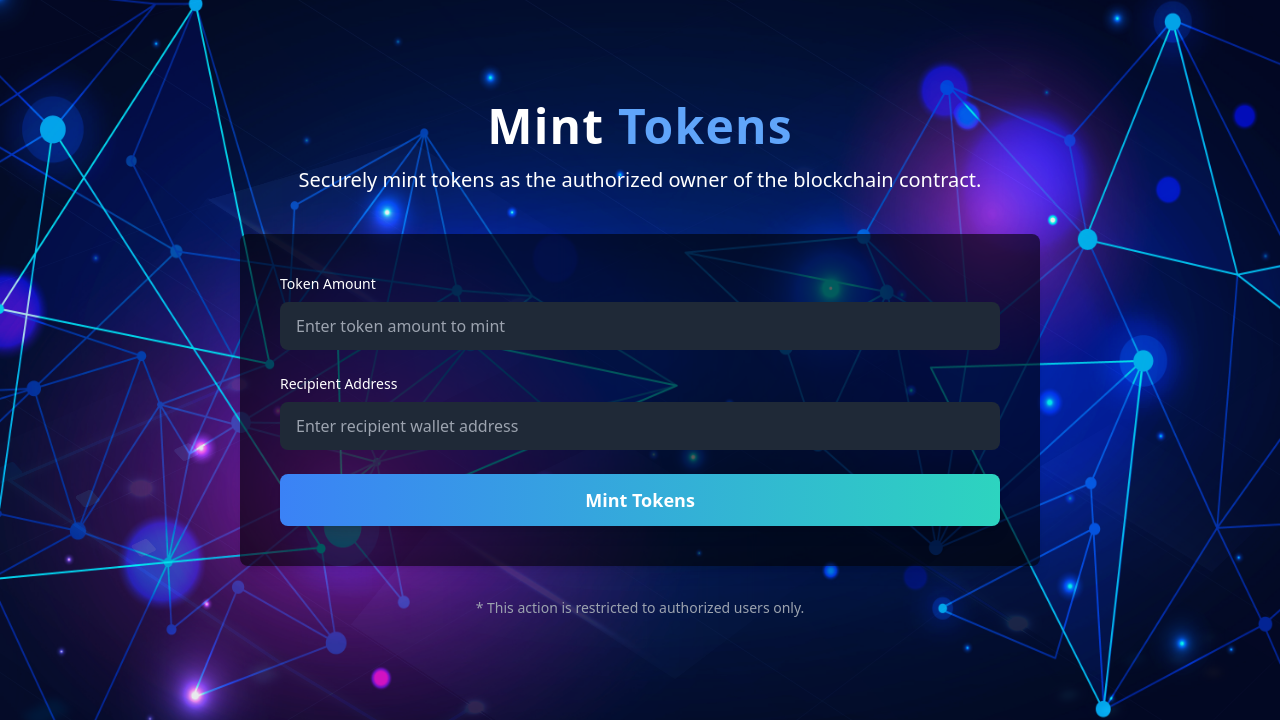
Repository: gloriousnetworker/project-osaa
Page: /mint
The author's editor kept a copy of each file at every save. The page is drawn from the files as they stood at one save, then again after the next save.
The browser window is 1280 px wide. The pictures show the whole page.
The project was rebuilt for these pictures with package versions that can differ from the ones it lists, and the page was loaded fresh each time. Also part of the build but not shown: vite.config.js, src/pages/Home.jsx, src/pages/Transfer.jsx, src/pages/Balance.jsx.

Above is the page before, as saved 2025-01-18 07:55:19.

### src/index.css
@tailwind base;
@tailwind components;
@tailwind utilities;

/* Background Animation */
.bg-animation {
  animation: backgroundChange 15s infinite;
  background-image: url("/background1.jpg");
  background-size: cover;
  background-repeat: no-repeat;
  background-position: center;
}

@keyframes backgroundChange {
  0% {
    background-image: url("/background1.jpg");
  }
  33% {
    background-image: url("/background2.jpg");
  }
  66% {
    background-image: url("/background3.jpg");
  }
  100% {
    background-image: url("/background1.jpg");
  }
}

/* Typing and Deleting Effect */
.typing-effect {
  font-family: "Courier New", Courier, monospace;
  white-space: nowrap;
  overflow: hidden;
  display: inline-block;
  border-right: 3px solid rgba(255, 255, 255, 0.75); /* Blinking cursor */
  animation: typing 8s steps(40, end), erasing 8s steps(40, end) 16s, typing-reverse 8s steps(40, end) 24s, erasing-reverse 8s steps(40, end) 32s infinite, blink 0.75s step-end infinite;
}

/* Typing forward animation */
@keyframes typing {
  from {
    width: 0;
  }
  to {
    width: 100%;
  }
}

/* Erasing forward animation */
@keyframes erasing {
  from {
    width: 100%;
  }
  to {
    width: 0;
  }
}

/* Typing reverse animation */
@keyframes typing-reverse {
  from {
    width: 0;
  }
  to {
    width: 100%;
  }
}

/* Erasing reverse animation */
@keyframes erasing-reverse {
  from {
    width: 100%;
  }
  to {
    width: 0;
  }
}

/* Blinking cursor effect */
@keyframes blink {
  from {
    border-color: rgba(255, 255, 255, 0.75);
  }
  to {
    border-color: transparent;
  }
}

### src/App.jsx
import React from 'react';
import { BrowserRouter as Router, Routes, Route } from 'react-router-dom';
import Home from './pages/Home';
import Mint from './pages/Mint';
import Transfer from './pages/Transfer';
import Balance from './pages/Balance';

const App = () => {
  return (
    <Router>
      <Routes>
        <Route path="/" element={<Home />} />
        <Route path="/mint" element={<Mint />} />
        <Route path="/transfer" element={<Transfer />} />
        <Route path="/balance" element={<Balance />} />
      </Routes>
    </Router>
  );
};

export default App;

### src/pages/Mint.jsx
import React, { useState } from "react";
import { toast, ToastContainer } from "react-toastify";
import "react-toastify/dist/ReactToastify.css";

const MintTokens = () => {
  const [amount, setAmount] = useState("");
  const [recipient, setRecipient] = useState("");

  // Handle form submission
  const handleSubmit = (e) => {
    e.preventDefault();
    console.log("Form submitted");

    // Simulate minting logic (replace with actual blockchain logic)
    if (amount > 0 && recipient) {
      // Successful minting
      toast.success("Tokens successfully minted!", {
        position: "bottom-right",  // Correct position as a string
        className: "toast-success",
        bodyClassName: "toast-body",
        autoClose: 5000,
      });

      // Reset form fields after a short delay (to let the toast appear)
      setTimeout(() => {
        setAmount("");
        setRecipient("");
      }, 5000);  // Delay reset by the toast duration (5000ms)
    } else {
      // Failure
      toast.error("Failed to mint tokens. Check your inputs.", {
        position: "bottom-right",  // Correct position as a string
        className: "toast-error",
        bodyClassName: "toast-body",
        autoClose: 5000,
      });
    }
  };

  return (
    <div className="min-h-screen flex flex-col items-center justify-center bg-animation relative">
      {/* Overlay for readability */}
      <div className="absolute top-0 left-0 w-full h-full bg-black bg-opacity-50 -z-10"></div>

      {/* Content Section */}
      <div className="z-10 text-center text-white px-6 lg:px-12 max-w-4xl w-full">
        {/* Page Header */}
        <h1 className="text-4xl lg:text-5xl font-bold tracking-wide mb-4">
          Mint <span className="text-blue-400">Tokens</span>
        </h1>
        <p className="text-lg lg:text-xl font-medium mb-10">
          Securely mint tokens as the authorized owner of the blockchain contract.
        </p>

        {/* Mint Form */}
        <form className="bg-black bg-opacity-60 p-6 lg:p-10 rounded-lg shadow-lg" onSubmit={handleSubmit}>
          {/* Token Amount */}
          <div className="mb-6">
            <label htmlFor="amount" className="block text-left text-sm font-medium mb-2">
              Token Amount
            </label>
            <input
              type="number"
              id="amount"
              name="amount"
              value={amount}
              onChange={(e) => setAmount(e.target.value)}
              className="w-full py-3 px-4 rounded-lg bg-gray-800 text-white focus:ring-2 focus:ring-blue-500 outline-none"
              placeholder="Enter token amount to mint"
              required
            />
          </div>

          {/* Recipient Address */}
          <div className="mb-6">
            <label htmlFor="recipient" className="block text-left text-sm font-medium mb-2">
              Recipient Address
            </label>
            <input
              type="text"
              id="recipient"
              name="recipient"
              value={recipient}
              onChange={(e) => setRecipient(e.target.value)}
              className="w-full py-3 px-4 rounded-lg bg-gray-800 text-white focus:ring-2 focus:ring-blue-500 outline-none"
              placeholder="Enter recipient wallet address"
              required
            />
          </div>

          {/* Submit Button */}
          <button
            type="submit"
            className="w-full py-3 bg-gradient-to-r from-blue-500 to-teal-400 hover:from-teal-400 hover:to-blue-500 text-white rounded-lg text-lg font-semibold shadow-lg hover:shadow-xl transition-all"
          >
            Mint Tokens
          </button>
        </form>

        {/* Notes Section */}
        <p className="mt-8 text-sm text-gray-400">
          * This action is restricted to authorized users only.
        </p>
      </div>

      {/* Toastr Container */}
      <ToastContainer
        position="bottom-right"
        autoClose={5000}
        hideProgressBar
        newestOnTop
        closeOnClick
        rtl={false}
        pauseOnFocusLoss
        draggable
        pauseOnHover
        theme="dark"
        className="z-50" // Ensure it stays on top of everything
      />
    </div>
  );
};

export default MintTokens;

### tailwind.config.js
module.exports = {
  content: [
    "./index.html",
    "./src/**/*.{js,jsx,ts,tsx}",
  ],
  theme: {
    extend: {
      fontFamily: {
        'times': ['Times New Roman', 'serif'],
      },
    },
  },
  plugins: [],
};

Loaded but not shown: index.html (common file); src/main.jsx (common file)

After the next save:
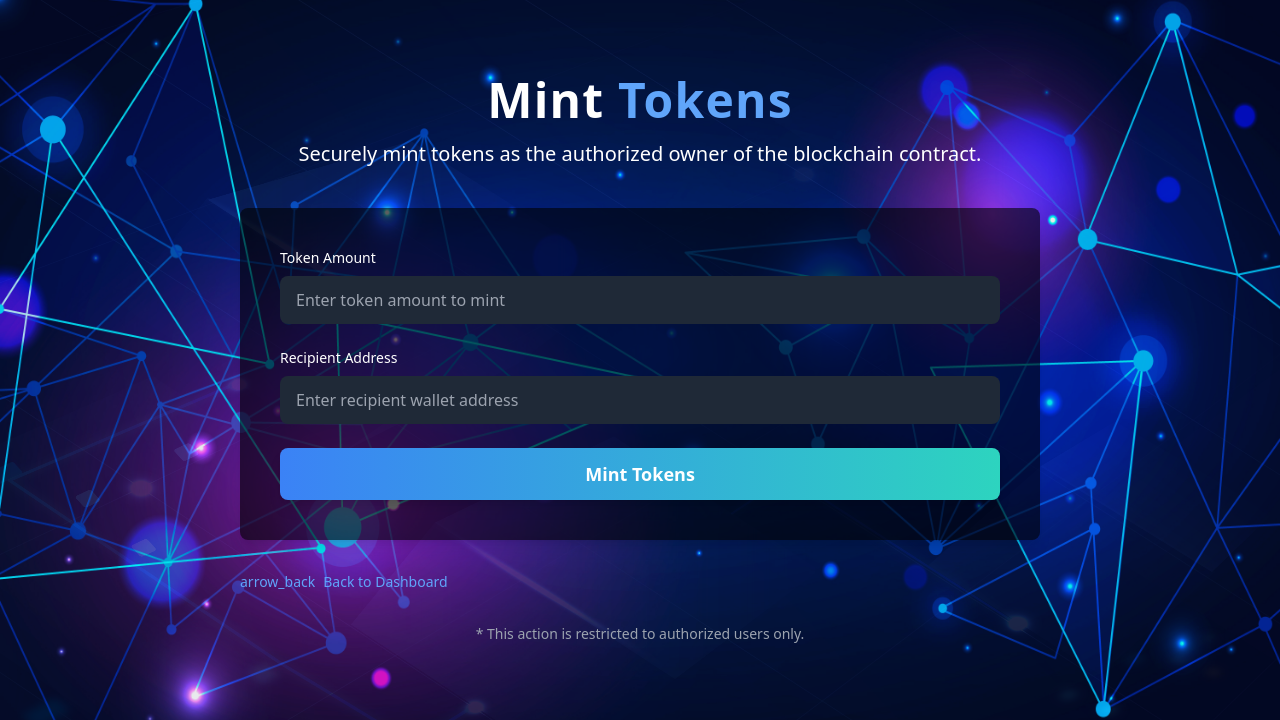
Saved 47 min 23 s later.
--- a/src/pages/Mint.jsx
+++ b/src/pages/Mint.jsx
@@ -1,10 +1,12 @@
 import React, { useState } from "react";
 import { toast, ToastContainer } from "react-toastify";
 import "react-toastify/dist/ReactToastify.css";
+import { useRouter } from "next/router"; // For navigation
 
 const MintTokens = () => {
   const [amount, setAmount] = useState("");
   const [recipient, setRecipient] = useState("");
+  const router = useRouter(); // Initialize router
 
   // Handle form submission
   const handleSubmit = (e) => {
@@ -15,21 +17,21 @@
     if (amount > 0 && recipient) {
       // Successful minting
       toast.success("Tokens successfully minted!", {
-        position: "bottom-right",  // Correct position as a string
+        position: "bottom-right",
         className: "toast-success",
         bodyClassName: "toast-body",
         autoClose: 5000,
       });
 
-      // Reset form fields after a short delay (to let the toast appear)
+      // Reset form fields after a short delay
       setTimeout(() => {
         setAmount("");
         setRecipient("");
-      }, 5000);  // Delay reset by the toast duration (5000ms)
+      }, 5000);
     } else {
       // Failure
       toast.error("Failed to mint tokens. Check your inputs.", {
-        position: "bottom-right",  // Correct position as a string
+        position: "bottom-right",
         className: "toast-error",
         bodyClassName: "toast-body",
         autoClose: 5000,
@@ -97,6 +99,17 @@
           </button>
         </form>
 
+        {/* Back to Dashboard */}
+        <div className="mt-8">
+          <button
+            onClick={() => router.push("/")} // Navigate to default page
+            className="flex items-center text-blue-400 hover:text-teal-400 transition-all text-sm font-medium"
+          >
+            <span className="material-icons-outlined mr-2">arrow_back</span>
+            Back to Dashboard
+          </button>
+        </div>
+
         {/* Notes Section */}
         <p className="mt-8 text-sm text-gray-400">
           * This action is restricted to authorized users only.
@@ -115,7 +128,7 @@
         draggable
         pauseOnHover
         theme="dark"
-        className="z-50" // Ensure it stays on top of everything
+        className="z-50"
       />
     </div>
   );

After the save that followed:
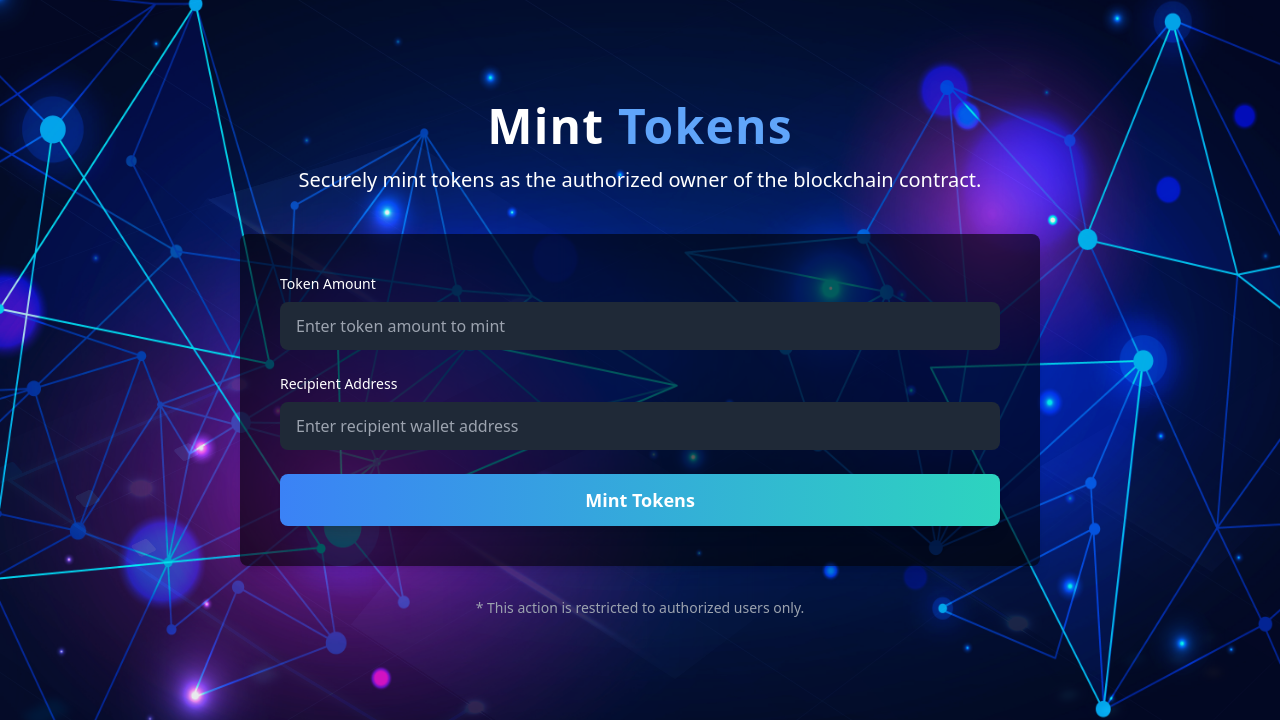
Saved 35 s later.
--- a/src/pages/Mint.jsx
+++ b/src/pages/Mint.jsx
@@ -1,12 +1,10 @@
 import React, { useState } from "react";
 import { toast, ToastContainer } from "react-toastify";
 import "react-toastify/dist/ReactToastify.css";
-import { useRouter } from "next/router"; // For navigation
 
 const MintTokens = () => {
   const [amount, setAmount] = useState("");
   const [recipient, setRecipient] = useState("");
-  const router = useRouter(); // Initialize router
 
   // Handle form submission
   const handleSubmit = (e) => {
@@ -17,21 +15,21 @@
     if (amount > 0 && recipient) {
       // Successful minting
       toast.success("Tokens successfully minted!", {
-        position: "bottom-right",
+        position: "bottom-right",  // Correct position as a string
         className: "toast-success",
         bodyClassName: "toast-body",
         autoClose: 5000,
       });
 
-      // Reset form fields after a short delay
+      // Reset form fields after a short delay (to let the toast appear)
       setTimeout(() => {
         setAmount("");
         setRecipient("");
-      }, 5000);
+      }, 5000);  // Delay reset by the toast duration (5000ms)
     } else {
       // Failure
       toast.error("Failed to mint tokens. Check your inputs.", {
-        position: "bottom-right",
+        position: "bottom-right",  // Correct position as a string
         className: "toast-error",
         bodyClassName: "toast-body",
         autoClose: 5000,
@@ -99,17 +97,6 @@
           </button>
         </form>
 
-        {/* Back to Dashboard */}
-        <div className="mt-8">
-          <button
-            onClick={() => router.push("/")} // Navigate to default page
-            className="flex items-center text-blue-400 hover:text-teal-400 transition-all text-sm font-medium"
-          >
-            <span className="material-icons-outlined mr-2">arrow_back</span>
-            Back to Dashboard
-          </button>
-        </div>
-
         {/* Notes Section */}
         <p className="mt-8 text-sm text-gray-400">
           * This action is restricted to authorized users only.
@@ -128,7 +115,7 @@
         draggable
         pauseOnHover
         theme="dark"
-        className="z-50"
+        className="z-50" // Ensure it stays on top of everything
       />
     </div>
   );
